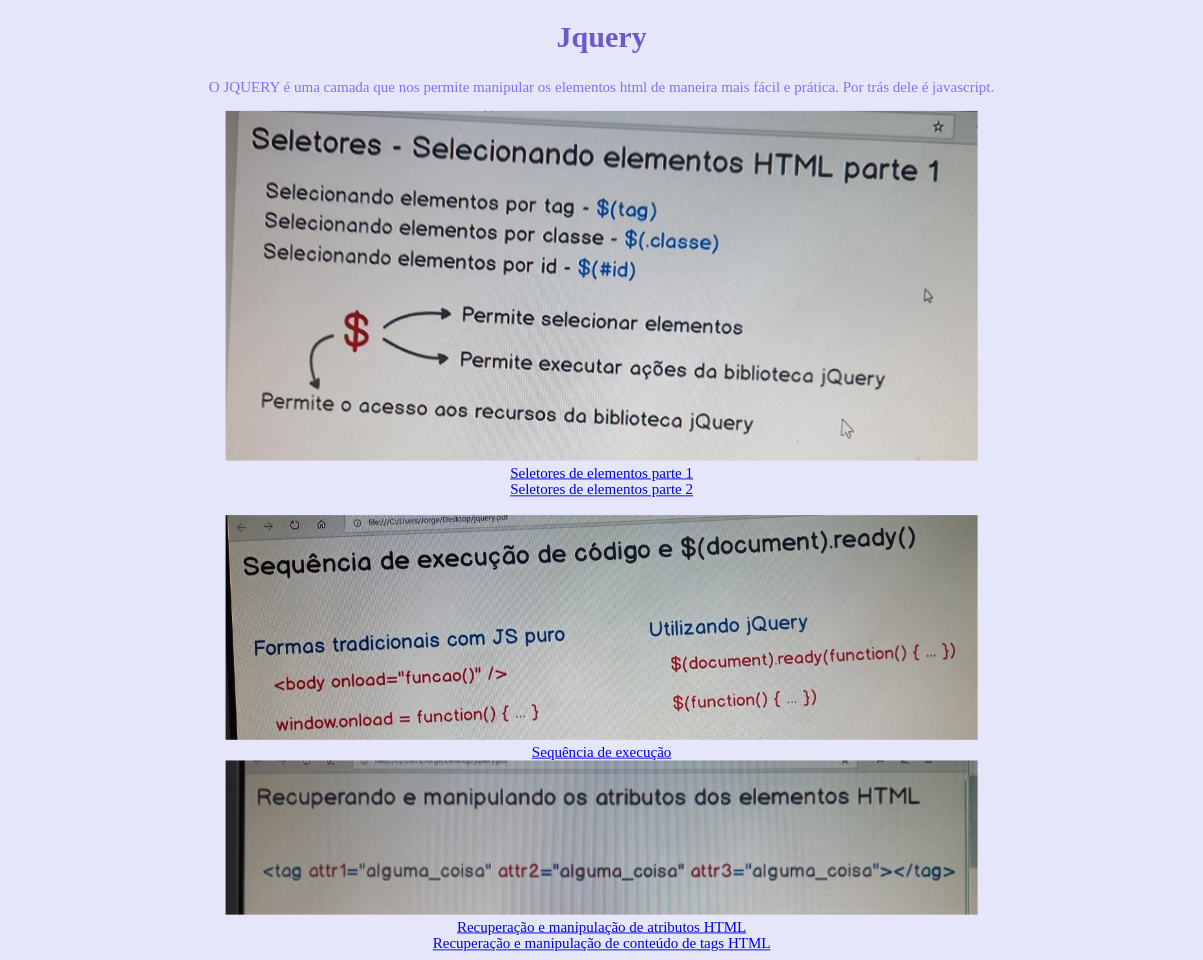
Repository: 2001mariana/jquery
Page: index.html
These files come from the project's save history. The page is drawn as it stood at one moment and after the next save; the edit follows.
The browser window is 1280 px wide. The pictures show the whole page, at 94% of full size.

Above is the page before, as saved 2022-08-04 14:07:12.

### index.html
<!DOCTYPE html>
<html>
<head>
    <meta charset='utf-8'>
    <meta http-equiv='X-UA-Compatible' content='IE=edge'>
    <title>Jquery</title>
    <meta name='viewport' content='width=device-width, initial-scale=1'>
    <!-- <link rel='stylesheet' type='text/css' media='screen' href='main.css'>
    <script src='main.js'></script> -->
    <script src="jquery-3.6.0.min.js"></script>
</head>
<body style="background-color: 	#E6E6FA;">
    <h1>Jquery</h1>
    <p>O JQUERY é uma camada que nos permite manipular os elementos html de maneira mais fácil e prática. Por trás dele é javascript.</p>

    <div>
        <img src="img/selec-elements-img.PNG" class="diversos2" id="imagem" />
    </div>
       <div ><a href="select-elements-part1.html">Seletores de elementos parte 1</a></div>
       <div><a href="select-elements-part2.html">Seletores de elementos parte 2</a></div>
    <br />
    <div>
        <img src="img/sequency-exec.PNG" id="imagem" />
    </div>
    <div><a href="execution-sequence.html">Sequência de execução</a></div>
    <div>
        <img src="img/update-attr-html-element.PNG" id="imagem" />
    </div>
    <div><a href="html-manipulation.html">Recuperação e manipulação de atributos HTML</a></div>
    <div><a href="html-tag-content-manipulation.html">Recuperação e manipulação de conteúdo de tags HTML</a></div>
</body>
<script>
    $("h1").css("color", "#6A5ACD")
    $("h1").css("margin-bottom", "26px")
    $("h1").css("text-align", "center")
    $("body").css("text-align", "center")
   $("p").css("color", "#836FFF")
   $("img").css("width", "800px")
</script>
</html>

Loaded but not shown: jquery-3.6.0.min.js (library)

After the next save:
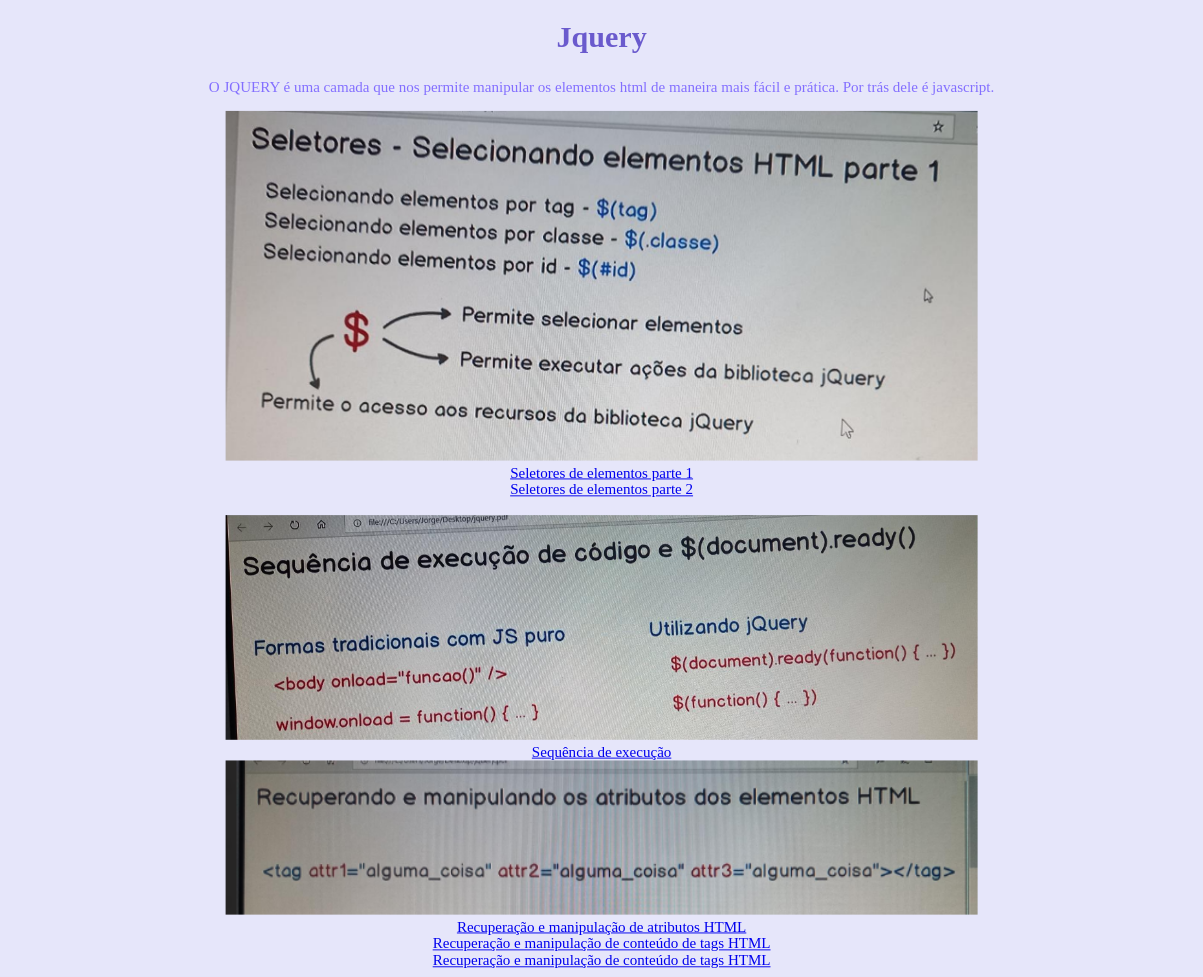
Saved 9 s later.
--- a/index.html
+++ b/index.html
@@ -28,6 +28,8 @@
     </div>
     <div><a href="html-manipulation.html">Recuperação e manipulação de atributos HTML</a></div>
     <div><a href="html-tag-content-manipulation.html">Recuperação e manipulação de conteúdo de tags HTML</a></div>
+
+    <div><a href="html-tag-content-manipulation.html">Recuperação e manipulação de conteúdo de tags HTML</a></div>
 </body>
 <script>
     $("h1").css("color", "#6A5ACD")
